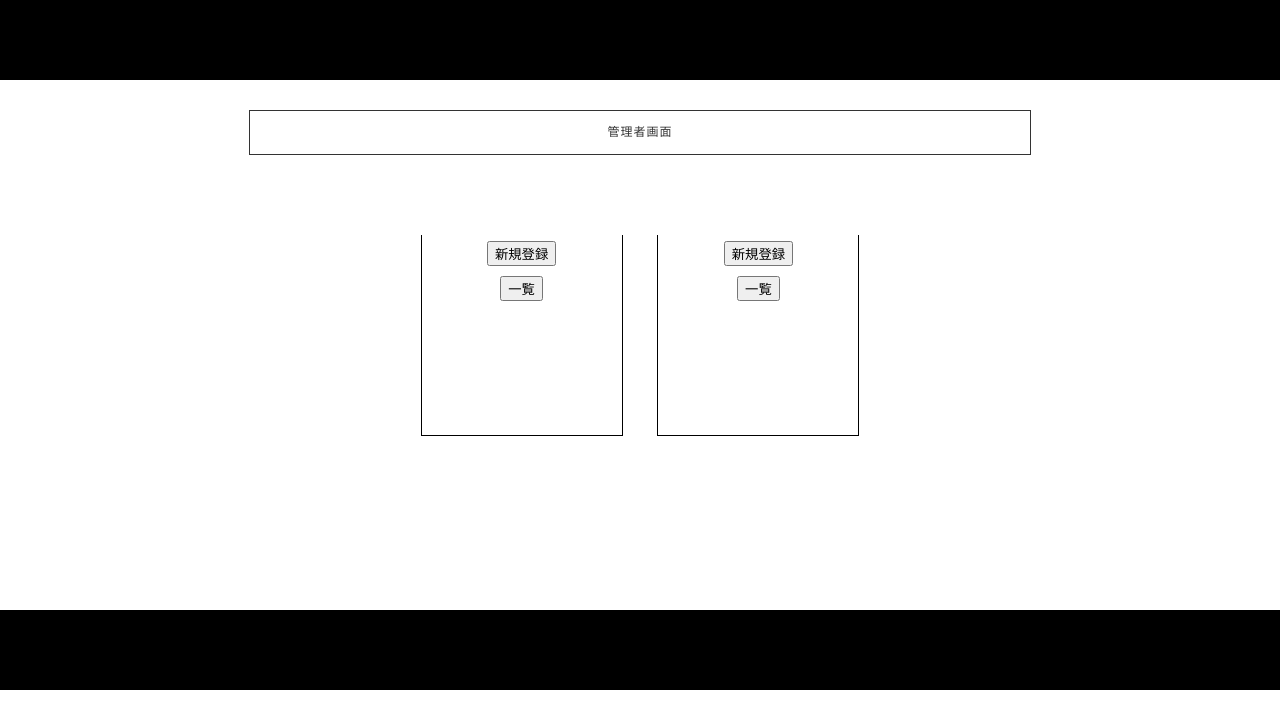
Repository: hiraide8/test
Page: http://localhost/ecsite/admin.jsp
An editor plug-in stored every save of this project. The page is shown before and after the next save, followed by the edit.
The browser window is 1280 px wide. The pictures show the whole page.
The page is served by Tomcat 9.

Above is the page before, as saved 2019-01-23 11:36:20.

After the next save:
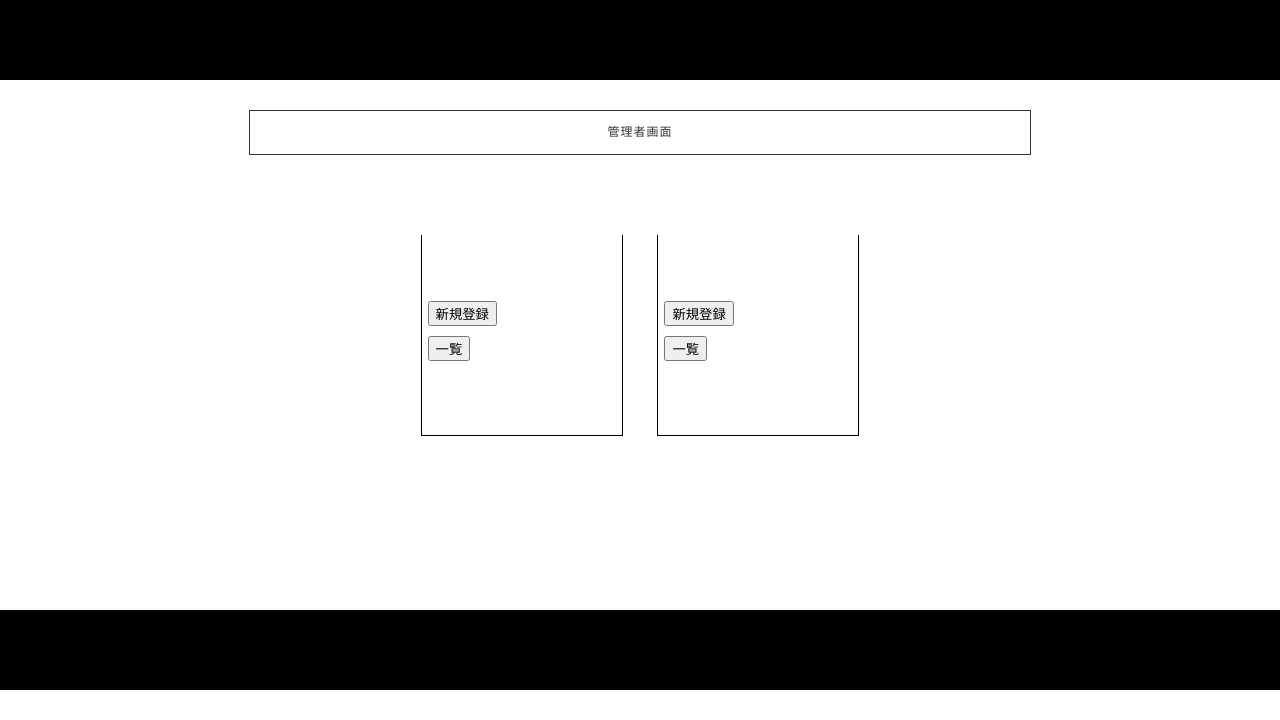
Saved 3 min 37 s later.
--- a/ecsite/WebContent/admin.jsp
+++ b/ecsite/WebContent/admin.jsp
@@ -24,7 +24,8 @@
                   background:#fff;
                 }
                 table{
-                  margin:0 auto;
+                  position:relative;
+                  top:30px;
                 }
        /* ========ID LAYOUT======== */
                 #top{
